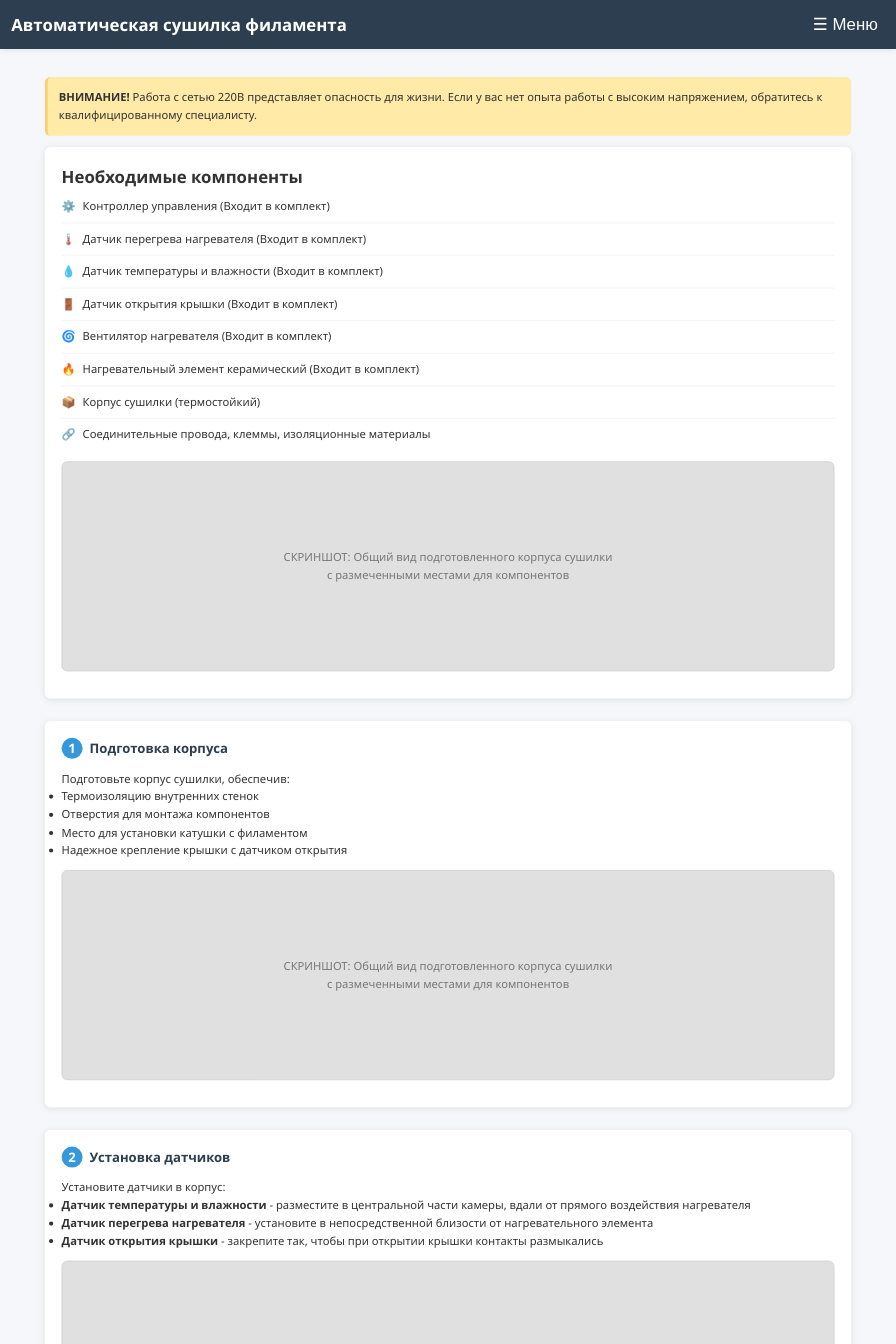
Repository: NikElectronics/MyDryerBot
Page: controller.html
An editor plug-in stored every save of this project. The page is shown before and after the next save, followed by the edit.
The browser window is 1280 px wide. The pictures show the part of the page from y = 0 to 1920 px (the page is 6316 px tall), at 70% of full size.

Above is the page before, as saved 2025-10-28 08:15:30.

After the next save:
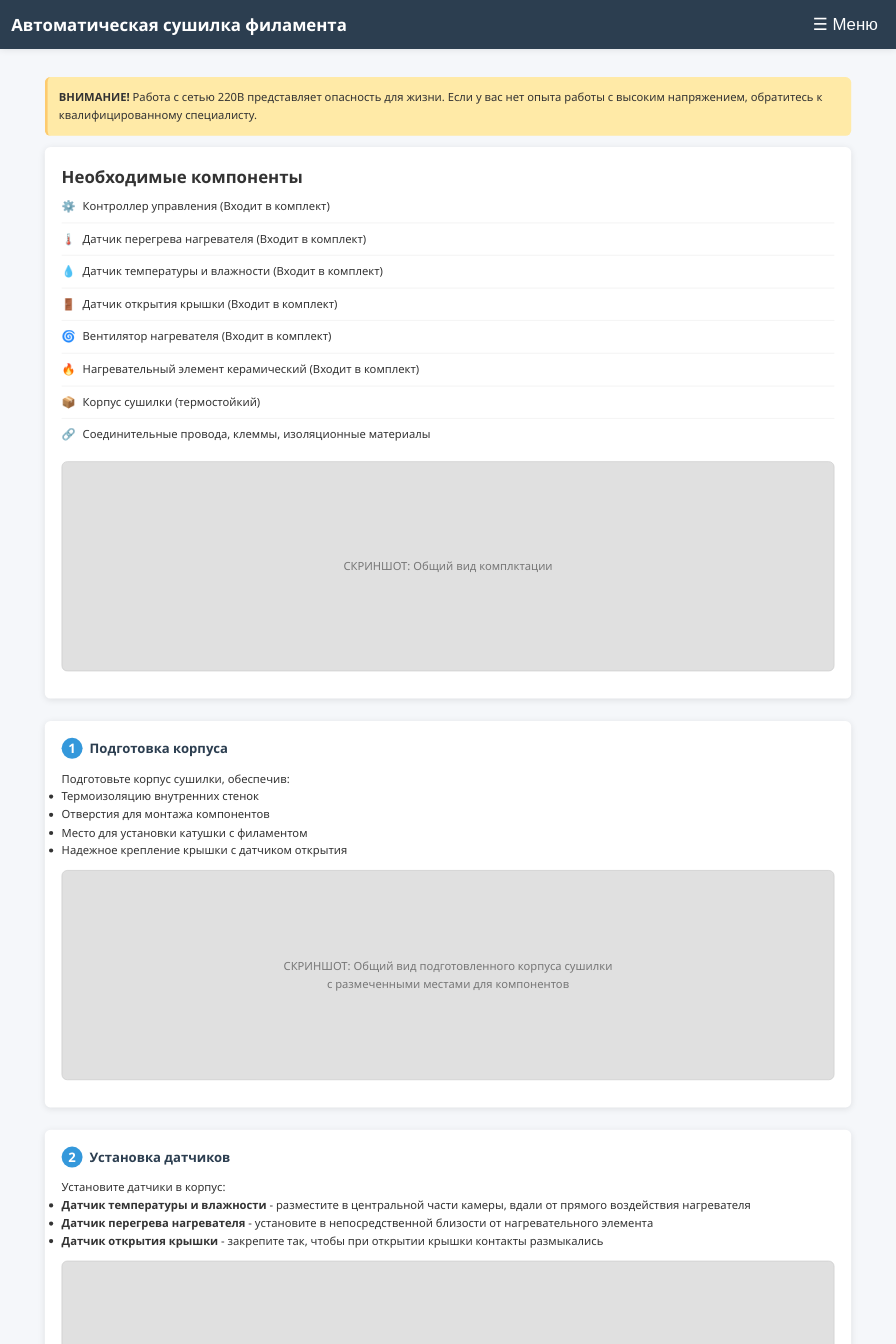
Saved 54 s later.
--- a/controller.html
+++ b/controller.html
@@ -329,10 +329,10 @@
                 <li><span class="component-icon">📦</span> Корпус сушилки (термостойкий)</li>
                 <li><span class="component-icon">🔗</span> Соединительные провода, клеммы, изоляционные материалы</li>
             </ul>
-                        <div class="screenshot">
-                <div class="screenshot-placeholder">
-                    <p>СКРИНШОТ: Общий вид подготовленного корпуса сушилки</p>
-                    <p>с размеченными местами для компонентов</p>
+            <div class="screenshot">
+                <div class="screenshot-placeholder">
+                    <p>СКРИНШОТ: Общий вид комплктации</p>
+                    <!-- <p>с размеченными местами для компонентов</p> -->
                 </div>
             </div>
         </section>
